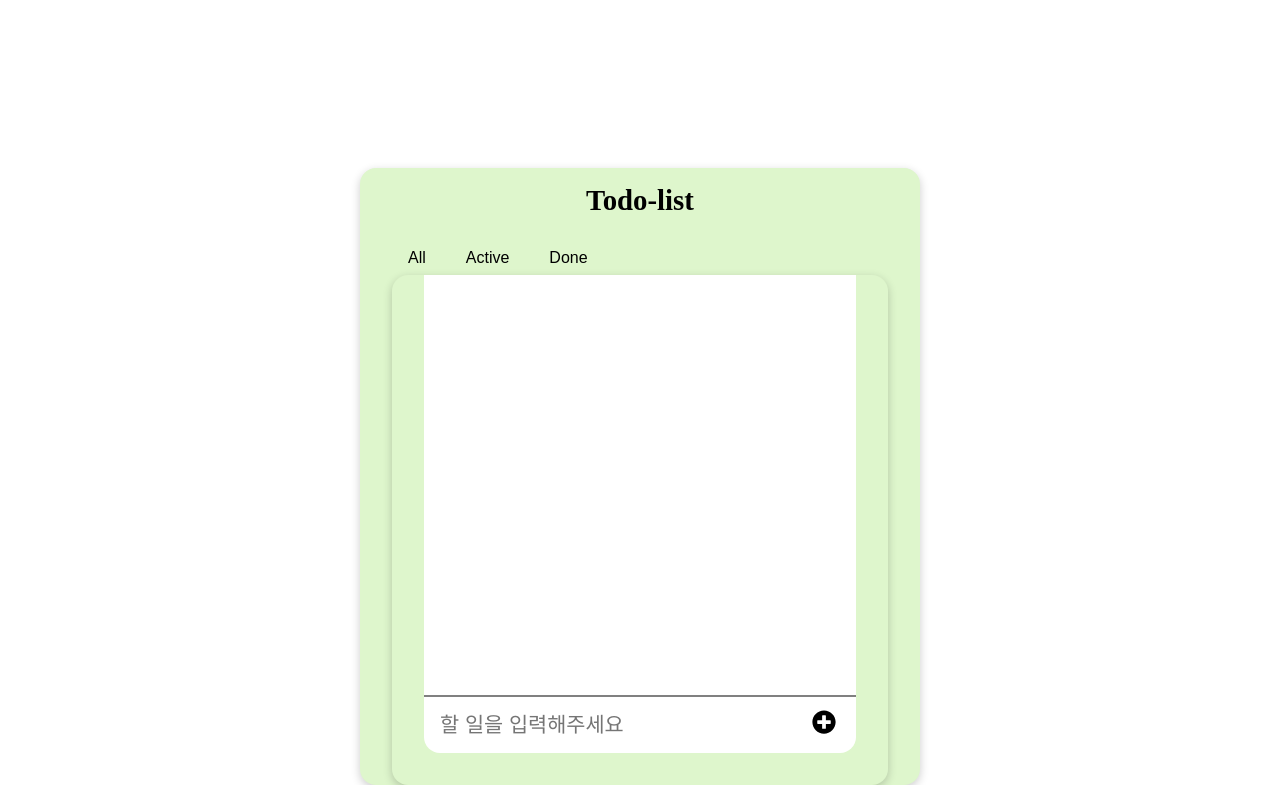
Repository: Yugayoung/todoList
Page: /
The author's editor kept a copy of each file at every save. The page is drawn from the files as they stood at one save, then again after the next save.
The browser window is 1280 px wide. The pictures show the whole page.
Some web fonts or font styles are not loaded; a fallback is used. The project was rebuilt for these pictures with package versions that can differ from the ones it lists, and the page was loaded fresh each time. Also part of the build but not shown: src/App.css, src/components/Todo.jsx.

Above is the page before, as saved 2024-03-26 18:03:32.

After the next save:
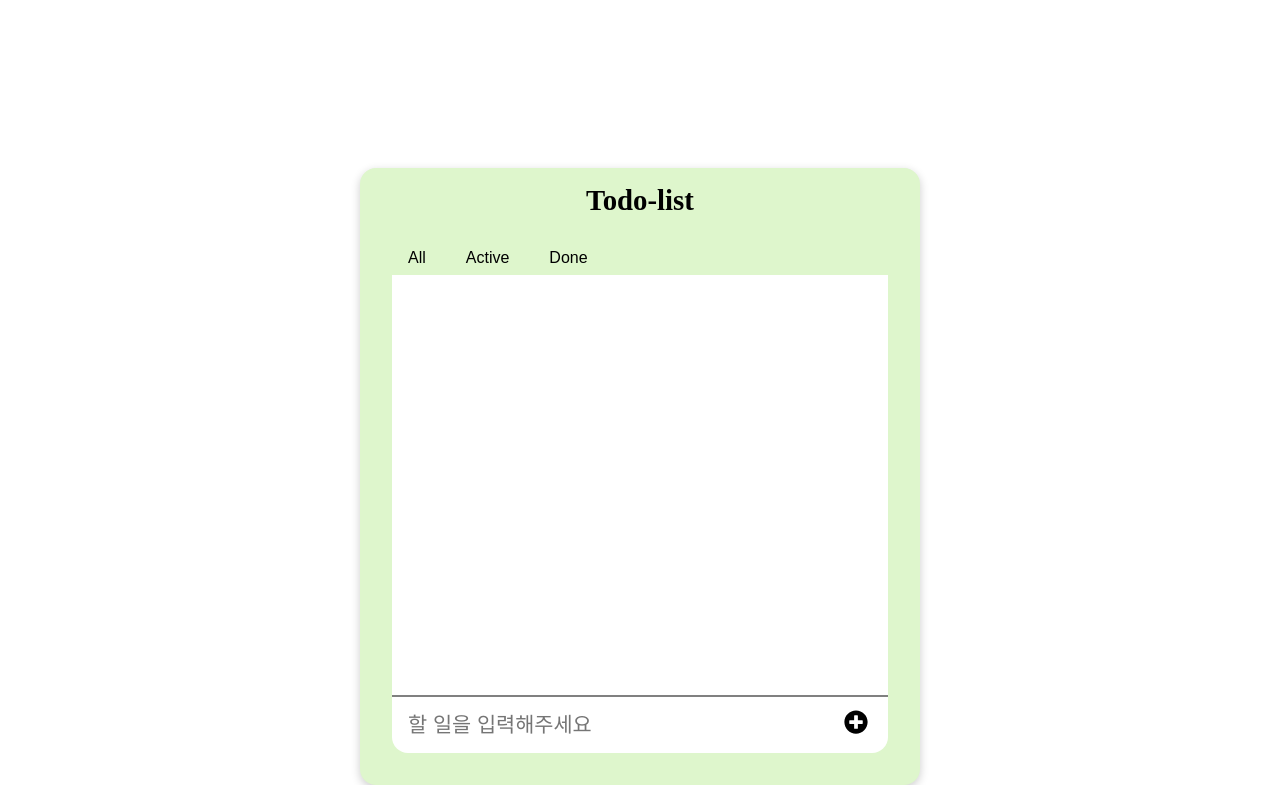
Saved 29 s later.
--- a/src/pages/TodoList.jsx
+++ b/src/pages/TodoList.jsx
@@ -41,7 +41,7 @@ export default function TodoList() {
     localStorage.setItem('todos', JSON.stringify(todos));
   }, [todos]);
   return (
-    <TodoListSection>
+    <section>
       {/* 할일 state */}
 
       {/* TodoList */}
@@ -58,6 +58,6 @@ export default function TodoList() {
 
       {/* 할일 입력 */}
       <AddTodo onAdd={handleAdd} />
-    </TodoListSection>
+    </section>
   );
 }
